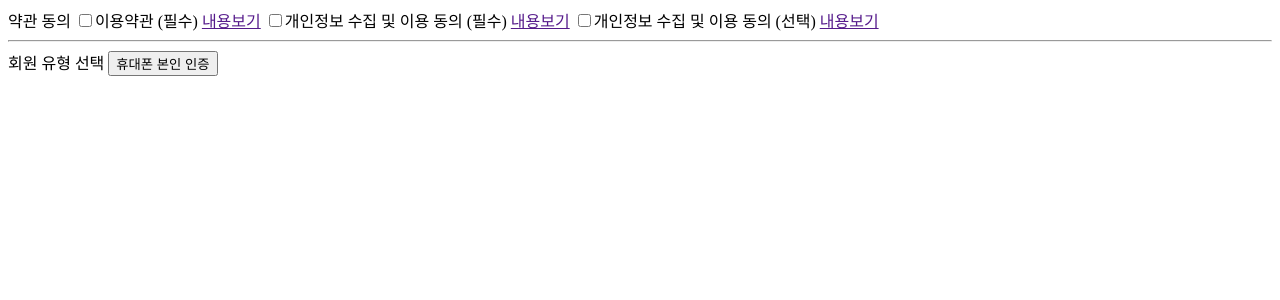
Repository: leehyeonung/project6
Page: http://localhost/book/WEB-INF/views/member/join-ts.jsp
An editor plug-in stored every save of this project. The page is shown before and after the next save, followed by the edit.
The browser window is 1280 px wide. The pictures show the whole page.
The page is served by Tomcat 9. Nobody is signed in. Other server files are loaded and not shown. The template is opened directly, without the code that normally fills it, so the values that code supplies are empty.

Above is the page before, as saved 2023-01-02 15:58:27.

### book/src/main/webapp/WEB-INF/views/member/join-ts.jsp
<%@ page language="java" contentType="text/html; charset=UTF-8"
    pageEncoding="UTF-8"%>
<!DOCTYPE html>
<html>
<head>
<meta charset="UTF-8">
<title>약관 동의 페이지</title>
</head>
<body>

약관 동의
<input type="checkbox">이용약관 (필수) <a href="">내용보기</a>
<input type="checkbox">개인정보 수집 및 이용 동의 (필수) <a href="">내용보기</a>
<input type="checkbox">개인정보 수집 및 이용 동의 (선택) <a href="">내용보기</a>
<hr>
회원 유형 선택
<a><button>휴대폰 본인 인증</button></a>

</body>
</html>

After the next save:
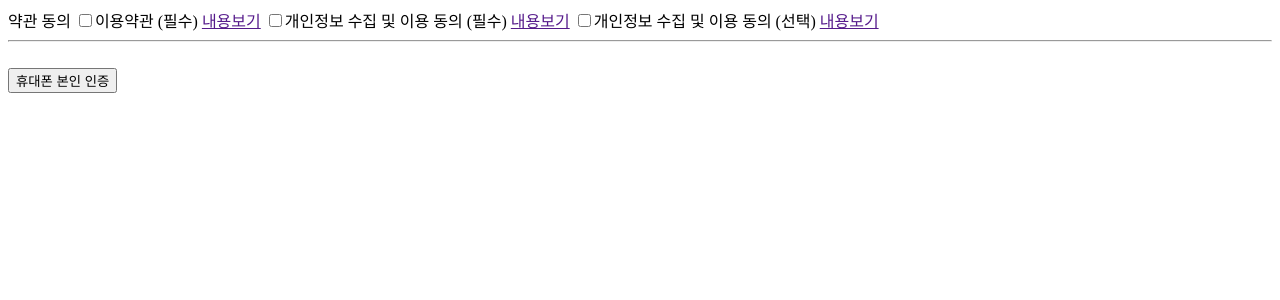
Saved 2 min 37 s later.
--- a/book/src/main/webapp/WEB-INF/views/member/join-ts.jsp
+++ b/book/src/main/webapp/WEB-INF/views/member/join-ts.jsp
@@ -13,7 +13,7 @@
 <input type="checkbox">개인정보 수집 및 이용 동의 (필수) <a href="">내용보기</a>
 <input type="checkbox">개인정보 수집 및 이용 동의 (선택) <a href="">내용보기</a>
 <hr>
-회원 유형 선택
+<br>
 <a><button>휴대폰 본인 인증</button></a>
 
 </body>
